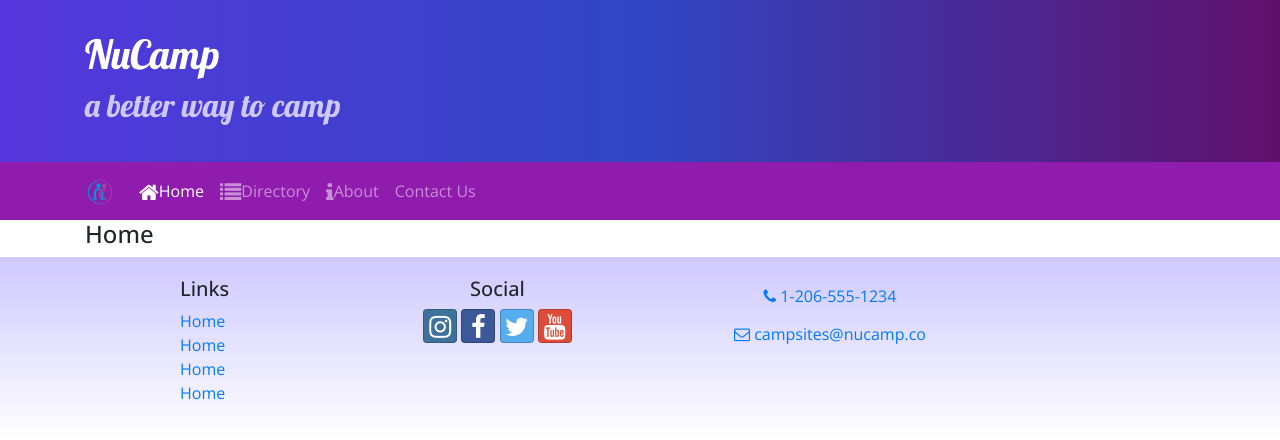
Repository: madisonisfan/nucamp-react
Page: /contactus
These files come from the project's save history. The page is drawn as it stood at one moment and after a run of saves; the edit follows.
The browser window is 1280 px wide. The pictures show the whole page.
The project was rebuilt for these pictures with package versions that can differ from the ones it lists, and the page was loaded fresh each time. Also part of the build but not shown: src/components/CampsiteInfoComponent.js. Imported but missing from the stored project, and not drawn on this page: src/components/DirectoryComponent.

Above is the page before, as saved 2021-04-12 14:42:18.

After the next 2 saves:
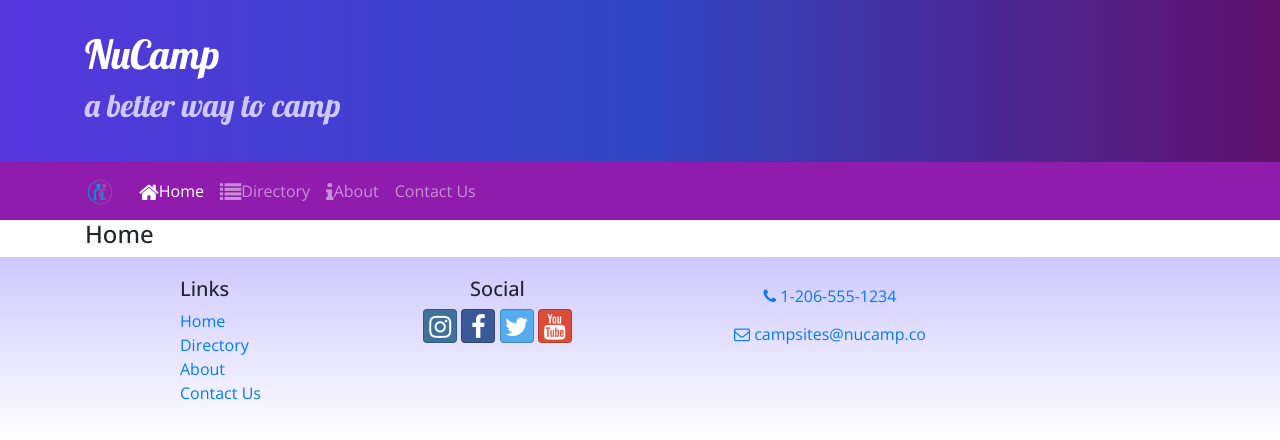
The 2 saves are shown as one change because they came seconds apart.
The last was saved 35 s later.
--- a/src/components/FooterComponent.js
+++ b/src/components/FooterComponent.js
@@ -13,13 +13,13 @@ function Footer(props) {
                 <Link to="/home">Home</Link>
               </li>
               <li>
-                <Link to="/home">Home</Link>
+                <Link to="/directory">Directory</Link>
               </li>
               <li>
-                <Link to="/home">Home</Link>
+                <Link to="/aboutus">About</Link>
               </li>
               <li>
-                <Link to="/home">Home</Link>
+                <Link to="/contactus">Contact Us</Link>
               </li>
             </ul>
           </div>
